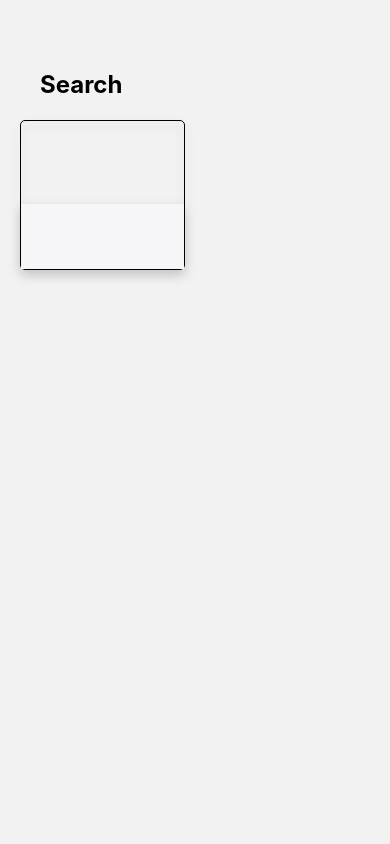
Repository: BCIT-Rooty/rooty-expo
Screen: /
The author's editor kept a copy of each file at every save. The screen is drawn from the files as they stood at one save, then again after the next save.
The app was drawn by React Native's web renderer in a window 390 px wide. The project was rebuilt for these pictures with package versions that can differ from the ones it lists, and the page was loaded fresh each time. Also part of the build but not shown: screens/BroadcastMedia.js, screens/Computing.js, screens/Marketing.js, screens/BusinessFinance.js, screens/DigitalArtsDesign.js, screens/Tutoring.js.

Above is the screen before, as saved 2022-12-10 01:11:23.

### App.js
import { NavigationContainer } from '@react-navigation/native';
import { createNativeStackNavigator } from '@react-navigation/native-stack';
import Home from './screens/Home';
import BroadcastMedia from './screens/BroadcastMedia'
import Computing from './screens/Computing'
import Marketing from './screens/Marketing'
import BusinessFinance from './screens/BusinessFinance'
import DigitalArtsDesign from './screens/DigitalArtsDesign'
import Tutoring from './screens/Tutoring'

const Stack = createNativeStackNavigator();

export default function App() {
  return (
    <NavigationContainer>
      <Stack.Navigator>
        <Stack.Screen options={{headerShown: false}} name="Home" component={Home} />
        <Stack.Screen options={{headerShown: false}} name="BroadcastMedia" component={BroadcastMedia} />
        <Stack.Screen options={{headerShown: false}} name="Computing" component={Computing} />
        <Stack.Screen options={{headerShown: false}} name="Marketing" component={Marketing} />
        <Stack.Screen options={{headerShown: false}} name="BusinessFinance" component={BusinessFinance} />
        <Stack.Screen options={{headerShown: false}} name="DigitalArtsDesign" component={DigitalArtsDesign} />
        <Stack.Screen options={{headerShown: false}} name="Tutoring" component={Tutoring} />
      </Stack.Navigator>
    </NavigationContainer>
  );
}

### screens/Home.js
import { StatusBar } from 'expo-status-bar';
import { StyleSheet, Text, View } from 'react-native';
import styled from 'styled-components/native';
import { useState } from 'react';
import { FlexBox } from '../components/flexbox';
import TextBox from '../components/text';
import CategoryCard from '../components/categoryCard';
import { useNavigation } from '@react-navigation/native'

export default function Home() {
  // const [listOfCategories, setListOfCategories] = useState([
  //   { id: "BroadcastMedia", name: "Broadcast & Media", image:"https://starbooks.ca/wk06website/wp-content/uploads/2022/12/broadcast-500x500.png" },
  //   { id: "Computing", name: "Computing", image:"https://starbooks.ca/wk06website/wp-content/uploads/2022/12/programming-Small.jpeg" },
  //   { id: "Marketing", name: "Marketing", image:"https://starbooks.ca/wk06website/wp-content/uploads/2022/12/marketing-500x500.png" },
  //   { id: "BusinessFinance", name: "Business & Finance", image:"https://starbooks.ca/wk06website/wp-content/uploads/2022/12/business-Small.jpeg" },
  //   { id: "DigitalArtsDesign", name: "Digital Arts & Design", image:"https://starbooks.ca/wk06website/wp-content/uploads/2022/12/digitalarts-Small.jpeg" },
  //   { id: "Tutoring", name: "Tutoring", image:"https://starbooks.ca/wk06website/wp-content/uploads/2022/12/tutoring-Small.jpeg" },
  // ]);
    const  navigation = useNavigation()

    // const SendRoute = (catId) => {
    //   navigation.navigate(catId)
    //   console.log("Hello")
    // }


  return (
     <FlexBox border="0px" width="100%" padding="20px" height="100%">
          <FlexBox width="100%" justifyContent="start" alignItems="flex-start" border="0px" padding="50px 0 7px 20px" minHeight="100px">
            <TextBox txt="Search" size="24px" weight="bold"></TextBox>
          </FlexBox>
          <FlexBox flexWrap="wrap" dir="row" filter="drop-shadow(0px 5px 6px rgba(0, 0, 0, 0.2))" border="0px">
          {/* {listOfCategories.map((category) => (
              // <CategoryCard onPress={SendRoute(category.id)} style={{width:"100%", height:"67%"}} key={category.id} name={category.name} image={category.image}></CategoryCard>

            )) */}
             <CategoryCard></CategoryCard>
          {/* } */}
          </FlexBox>
      </FlexBox>
  );
}

### components/flexbox.js
import styled from 'styled-components/native'

export const FlexBox = styled.View`
    display:flex;
    justify-content:${props=>props.justifyContent};
    align-items:${props=>props.alignItems};
    flex-direction:${props=>props.dir};
    flex-wrap: ${props=>props.flexWrap};
    width: ${props=>props.width};
    height: ${props=>props.height};
    background-color: ${props=>props.bgColor};
    padding: ${props=>props.padding || "0px"};
    min-height: ${props=>props.minHeight};
    max-height: ${props=>props.maxHeight};
    background-image: ${props=>props.linearGradient}, url(${props=>props.bgImage});
    background-position: ${props=>props.bgPosition};
    background-size: ${props=>props.bgSize};
    border-radius:${props=>props.borderRadius};
    filter: ${props=>props.filter};
    border: ${props=>props.border};
    position: ${props=>props.position};
    top: ${props=>props.top};
    left:${props=>props.left};
    bottom: ${props=>props.bottom};
    border-bottom-style: ${props=>props.borderBottom};
    border-top: ${props=>props.topBorder};
    border-bottom: ${props=>props.bottomBorder};
    color: ${props=>props.color};
    cursor: ${props=>props.cursor};
    max-width: ${props=>props.maxWidth};
    min-width: ${props=>props.minWidth};
    overflow-y: ${props=>props.overflowY};
    overflow-anchor: ${props=>props.overflowA}
`;

### components/text.js
import styled from "styled-components/native";
import { Text } from 'react-native';

export const TextContain = styled.Text`
    display:flex;
    width: ${props=>props.width};
    height: ${props=>props.height};
    font-size: ${props=>props.fontSize};
    font-weight: ${props=>props.fontWeight};
    text-align: ${props=>props.textAlign};
    color: ${props=>props.textColor};
    padding: ${props=>props.padding};
    background-color: ${props=>props.bgColor};
    text-decoration: ${props=>props.textDecor};
    line-height: normal;
    border-bottom: ${props=>props.borderBottom};
    justify-content: ${props=>props.justifyContent};
    max-width: ${props=>props.maxWidth};
    border-radius:${props=>props.borderRadius};
`

export default function TextBox({
    txt='Text Here',
    size="16px",
    weight="400",
    align="left",
    color="black",
    padding="0px",
    maxWidth="900px",
    value= "0%",
    bgColor="transparent",
    textDecor="none",
    width= "0%",
    height= "0%",
    borderBottom = "0%",
    justifyContent= "0%",
    onChangingTheText = () => {},
    onClick=()=>{},
    borderRadius= "0%",
}){

    return (
    <TextContain onChange={(e) => onChangingTheText(e.target.innerText)} onClick={onClick} width={width} maxWidth={maxWidth} height={height} fontSize={size} fontWeight={weight} textAlign={align} textColor={color} padding={padding} bgColor={bgColor} textDecor={textDecor} borderBottom={borderBottom} justifyContent={justifyContent} borderRadius={borderRadius}>
        {txt}
    </TextContain>
    )
}

### components/categoryCard.js
import { FlexBox } from "./flexbox"
import { Image, Pressable, Text } from "react-native"


export default function CategoryCard({
    id,
    name,
    image,
    style,
    onPress=()=>{}
}) {

    return (
      <Pressable onPress={onPress}>
          <FlexBox dir="column" key={id} style={{width:165, height:150, borderRadius:5, alignItems:"flex-end", justifyContent:"flex-end" }}>
            <Image style={style} borderTopLeftRadius="5pt" borderTopRightRadius="5pt"source={{uri:image}}></Image>
            <FlexBox border="0" height="49pt" width="100%" borderBottomEndRadius="5pt" borderBottomLeftRadius="5pt" bgColor="#F6F6F9" justifyContent="start">
                <Text size="16px" weight="bold" align="left" borderRadius="15px">{name}</Text>
            </FlexBox>
        </FlexBox>
      </Pressable>
    )
  };

After the next save:
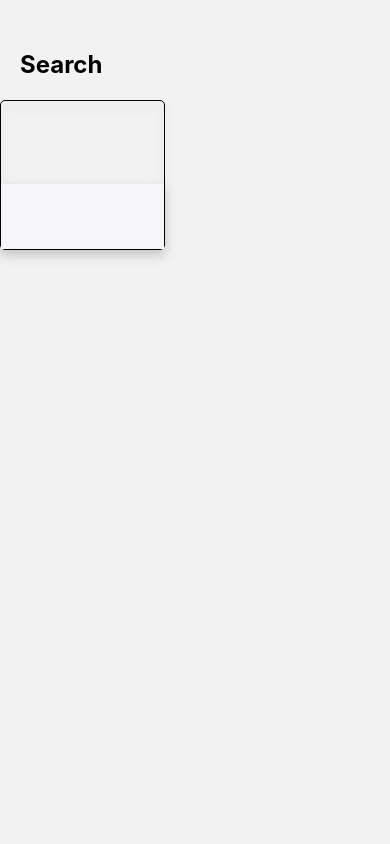
Saved 54 s later.
--- a/screens/Home.js
+++ b/screens/Home.js
@@ -25,7 +25,7 @@ export default function Home() {
 
 
   return (
-     <FlexBox border="0px" width="100%" padding="20px" height="100%">
+     <View border="0px" width="100%" padding="20px" height="100%">
           <FlexBox width="100%" justifyContent="start" alignItems="flex-start" border="0px" padding="50px 0 7px 20px" minHeight="100px">
             <TextBox txt="Search" size="24px" weight="bold"></TextBox>
           </FlexBox>
@@ -37,6 +37,6 @@ export default function Home() {
              <CategoryCard></CategoryCard>
           {/* } */}
           </FlexBox>
-      </FlexBox>
+      </View>
   );
 }
